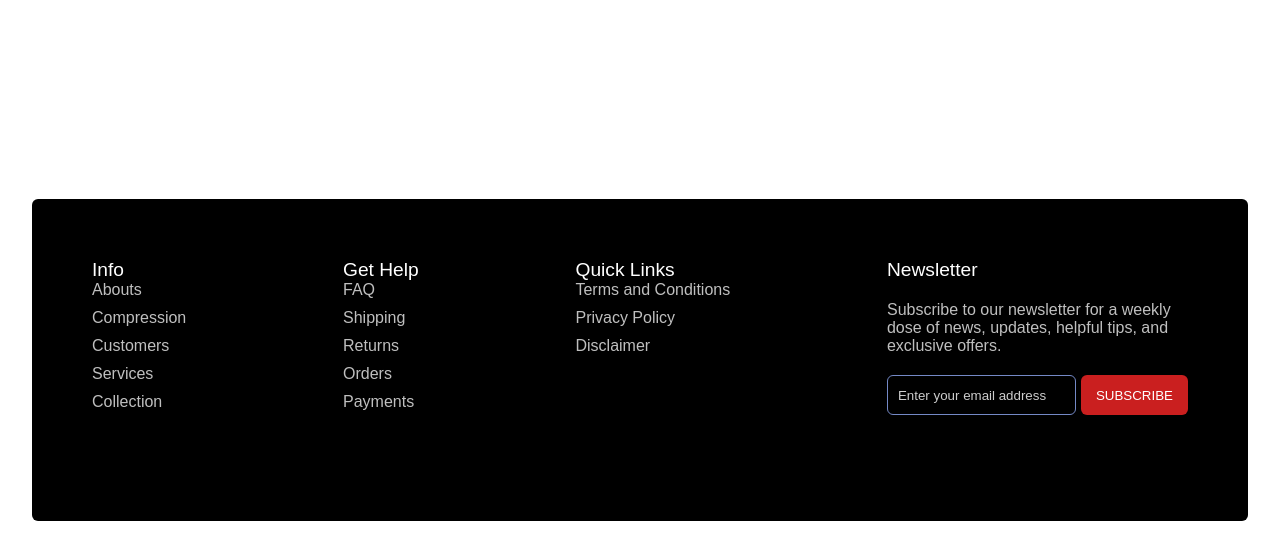
Repository: syni18/responsive_footer
Page: index.html
An editor plug-in stored every save of this project. The page is shown before and after a run of saves, followed by the edit.
The browser window is 1280 px wide. The pictures show the whole page.
Some web libraries are served in a nearby version.

Above is the page before, as saved 2023-11-03 17:23:13.

### index.html
<!DOCTYPE html>
<html lang="en">
<head>
    <meta charset="UTF-8">
    <meta name="viewport" content="width=device-width, initial-scale=1.0">
    <link rel="stylesheet" href="https://cdnjs.cloudflare.com/ajax/libs/font-awesome/6.4.2/css/all.in.css">
    <link rel="stylesheet" href="style.css">
    <title>Responsive footer</title>
</head>
<body>
    <section class="footer">
        <div class="footer-row">
            <div class="footer-col">
                <h4>Info</h4>
                <ul class="links">
                    <li><a href="#">Abouts</a></li>
                    <li><a href="#">Compression</a></li>
                    <li><a href="#">Customers</a></li>
                    <li><a href="#">Services</a></li>
                    <li><a href="#">Collection</a></li>
                </ul>
            </div>

            <div class="footer-col">
                <h4>Get Help</h4>
                <ul class="links">
                    <li><a href="#">FAQ</a></li>
                    <li><a href="#">Shipping</a></li>
                    <li><a href="#">Returns</a></li>
                    <li><a href="#">Orders</a></li>
                    <li><a href="#">Payments</a></li>
                </ul>
            </div>

            <div class="footer-col">
                <h4>Quick Links</h4>
                <ul class="links">
                    <li><a href="#">Terms and Conditions</a></li>
                    <li><a href="#">Privacy Policy</a></li>
                    <li><a href="#">Disclaimer</a></li>
                </ul>
            </div>

            <div class="footer-col">
                <h4>Newsletter</h4>
                <p>
                    Subscribe to our newsletter for a weekly dose of news, updates, helpful tips, and exclusive offers.
                </p>
                <form action="#">
                    <input type="email" name="email" id="email" placeholder="Enter your email address">
                    <button type="submit">SUBSCRIBE</button>
                </form>
                <div class="icons">
                    <i class="fa-brands fa-facebook"></i>
                    <i class="fa-brands fa-twitter"></i>
                    <i class="fa-brands fa-instagram"></i>
                    <i class="fa-brands fa-youtube"></i>
                </div>
            </div>
        </div>
    </section>
</body>
</html>

### style.css
*{
    margin: 0;
    padding: 0;
    box-sizing: border-box;
    font-family: sans-serif;
}
.footer{
    position: absolute;
    top: 50%;
    left: 50%;
    transform: translate(-50%, -50%);
    max-width: 1280px;
    width: 95%;
    background: #000;
    border-radius: 6px;
}
.footer .footer-row{
    display: flex;
    flex-wrap: wrap;
    justify-content: space-between;
    gap: 3.5rem;
    padding: 60px;
}
.footer-row .footer-col h4 {
    color: #fff;
    font-size: 1.2rem;
    font-weight: 400;
}
.footer-col .links li{
    list-style: none;
    margin-bottom: 10px;
}
.footer-col .links li a {
    text-decoration: none;
    color: #bfbfbf;
}
.footer-col .links li a:hover{
    color: #fff;
}
.footer-col p {
    margin: 20px 0;
    color: #bfbfbf;
    max-width: 300px;
}
.footer-col form{
    display: flex;
    gap: 5px;
}
.footer-col input{
    height: 40px;
    border-radius: 6px;
    background: none;
    width: 100%;
    outline: none;
    border: 1px solid #7489c6;
    caret-color: #fff;
    color: #fff;
    padding-left: 10px;
}
.footer-col input::placeholder{
    color: #ccc;
}
.footer-col form button{
    background: #ca1f1f;
    color: #fff;
    outline: none;
    border: none;
    padding: 10px 15px;
    border-radius: 6px;
    cursor: pointer;
    font-weight: 500;
    transition: 0.2s ease;
}
.footer-col form button:hover{
    background: #cecccc;
}
.footer-col .icons {
    display: flex;
    margin-top: 30px;
    gap: 30px;
    cursor: pointer;
}

After the next 12 saves:
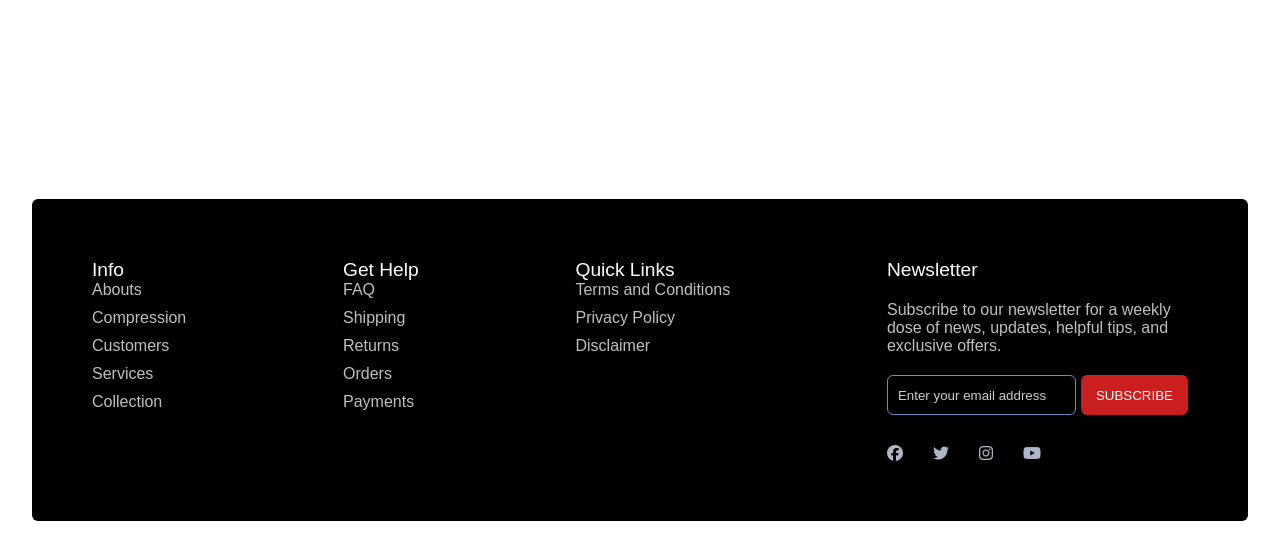
The 12 saves are shown as one change because they came seconds apart.
The last was saved 30 s later.
--- a/style.css
+++ b/style.css
@@ -80,3 +80,6 @@
     gap: 30px;
     cursor: pointer;
 }
+.footer-col .icons i {
+    color: #afb6c7;
+}
